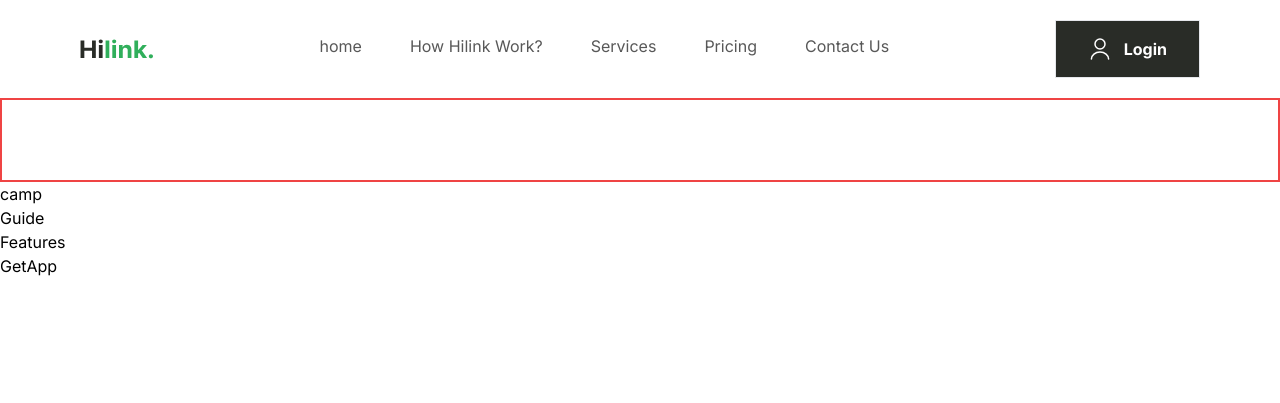
Repository: abdulrahmanmahmood/Travel-App
Page: /
The author's editor kept a copy of each file at every save. The page is drawn from the files as they stood at one save, then again after the next save.
The browser window is 1280 px wide. The pictures show the whole page.
The project was rebuilt for these pictures with package versions that can differ from the ones it lists, and the page was loaded fresh each time. The framework's server and built-in components were replaced by stand-ins that run in the browser. Also part of the build but not shown: next.config.js.

Above is the page before, as saved 2023-11-01 13:54:56.

After the next save:
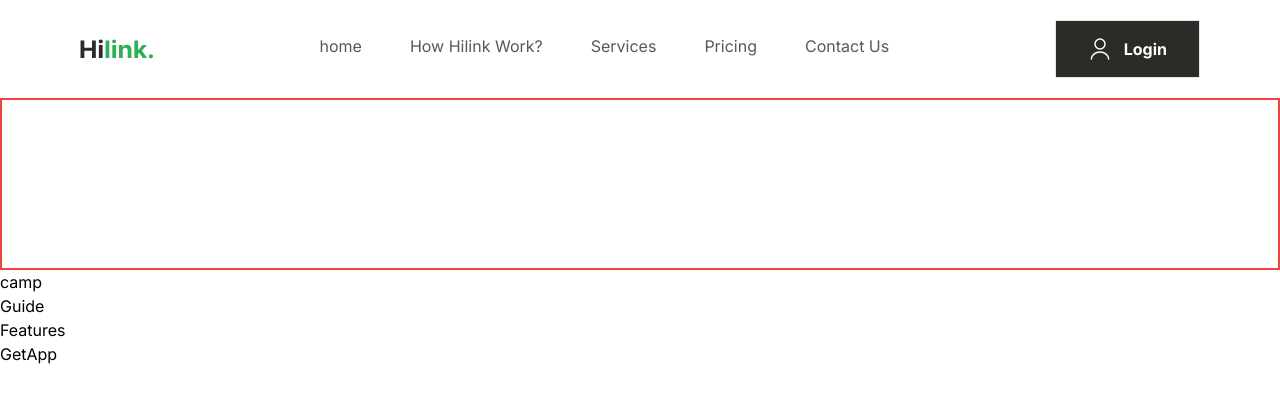
Saved 7 s later.
--- a/components/Hero.tsx
+++ b/components/Hero.tsx
@@ -1,7 +1,7 @@
 function Hero() {
   return (
     <section className="max-container padding-container flex flex-col gap-20
-    py-10 border-2 border-red-500"></section>
+    py-10 pb-32  border-2 border-red-500"></section>
   );
 }
 
